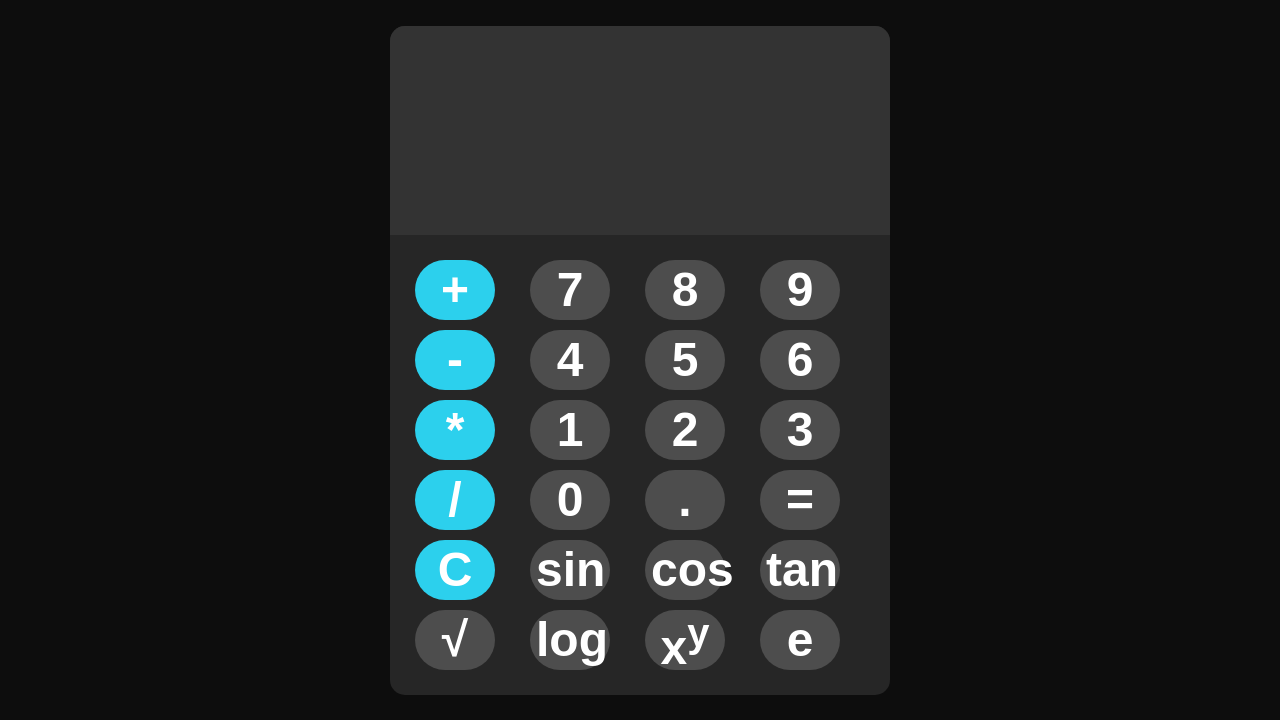
Repository: Haakim19/JavaScript
Page: Calculater/Main.html
These files come from the project's save history. The page is drawn as it stood at one moment and after the next save; the edit follows.
The browser window is 1280 px wide. The pictures show the whole page.

Above is the page before, as saved 2024-10-23 10:12:32.

### Calculater/Main.html
<!DOCTYPE html>
<html lang="en">
<head>
    <meta charset="UTF-8">
    <meta name="viewport" content="width=device-width, initial-scale=1.0">
    <title>Calculator</title>
    <link rel="stylesheet" href="Main.css">
</head>
<body>
    <div id="calculator">
        <div id="calculator-normal">
            <input id= "display1" readonly>
            <input id="display2" readonly>
            <div id="keys">
                <button onclick="appentToDisplay('+')" class="operator-btn">+</button>
                <button onclick="appentToDisplay('7')">7</button>
                <button onclick="appentToDisplay('8')">8</button>
                <button onclick="appentToDisplay('9')">9</button>
                <button onclick="appentToDisplay('-')" class="operator-btn">-</button>
                <button onclick="appentToDisplay('4')">4</button>
                <button onclick="appentToDisplay('5')">5</button>
                <button onclick="appentToDisplay('6')">6</button>
                <button onclick="appentToDisplay('*')" class="operator-btn">*</button>
                <button onclick="appentToDisplay('1')">1</button>
                <button onclick="appentToDisplay('2')">2</button>
                <button onclick="appentToDisplay('3')">3</button>
                <button onclick="appentToDisplay('/')" class="operator-btn">/</button>
                <button onclick="appentToDisplay('0')">0</button>
                <button onclick="appentToDisplay('.')" >.</button>
                <button onclick="calculate()" >=</button>
                <button onclick="clearDisplay()" class="operator-btn">C</button>
                <button onclick="appentToDisplay('Math.sin()')">sin</button>
                <button onclick="appentToDisplay('Math.cos()')">cos</button>
                <button onclick="appentToDisplay('Math.tan()')">tan</button>
                <button onclick="appentToDisplay('Math.sqrt()')">√</button>
                <button onclick="appentToDisplay('log')">log</button>
                <button onclick="appentToDisplay('sin')">x<sup>y</sup></button>
                <button onclick="appentToDisplay('e')">e</button>
            </div>
        </div>

    </div>
<script src="Main.js"></script>
</body>
</html>

### Calculater/Main.css
body{
    margin: 0;
    display: flex;
    justify-content: center;
    align-items: center;
    height: 100vh;
    background-color: hsl(0,0%, 5%);

}
#calculate{
    font-family:sans-serif;
}
#calculator-normal{
    background-color: hsl(0, 0%, 15%);
    border-radius: 15px;
    max-width: 500px;
    overflow: hidden;
}

#display1{
    width: 100%;
    padding: 20px;
    font-size: 2rem;
    border: none;
    text-align: left;
    padding-right: -15px;
    color: white;
    background-color: hsl(0, 0%, 20%);

}
#display2{
    width: 100%;
    padding: 20px;
    font-size: 5rem;
    border: none;
    text-align: left;
    padding-right: -15px;
    color: white;
    background-color: hsl(0, 0%, 20%);

}
#keys{
    display: grid;
    grid-template-columns: repeat(4, 1fr);
    gap: 10px;
    padding: 25px;
}
/* #keys-normal{
    width: 80px;
    height: 60px;
    color: white;
    border-radius: 50px;
    border: none;
    font-size: 3rem;
    background-color: hsl(0, 0%, 30%);
    font-weight: bold;
    cursor: pointer;
} */
button{
    width: 80px;
    height: 60px;
    color: white;
    border-radius: 50px;
    border: none;
    font-size: 3rem;
    background-color: hsl(0, 0%, 30%);
    font-weight: bold;
    cursor: pointer;
}

button:hover{
    background-color: hsl(0, 0%, 40%);
}

button:active{
    background-color: hsl(0, 0%, 50%);
}

.operator-btn{
    background-color: hsl(189, 84%, 55%);
}

.operator-btn:hover{
    background-color: hsl(189, 84%, 65%);
}

.operator-btn:active{
    background-color: hsl(189, 84%, 75%);
}

### Calculater/Main.js
const display1 = document.getElementById('display1');
const display2 = document.getElementById('display2');

function appentToDisplay(input){
    display2.value += input;
}
function clearDisplay(){
    display1.value = '';
    display2.value = '';
}
function calculate(){
    try{
        display1.value = eval(display2.value);}
    catch{
        display2.value = 'Error';
    }

}

After the next save:
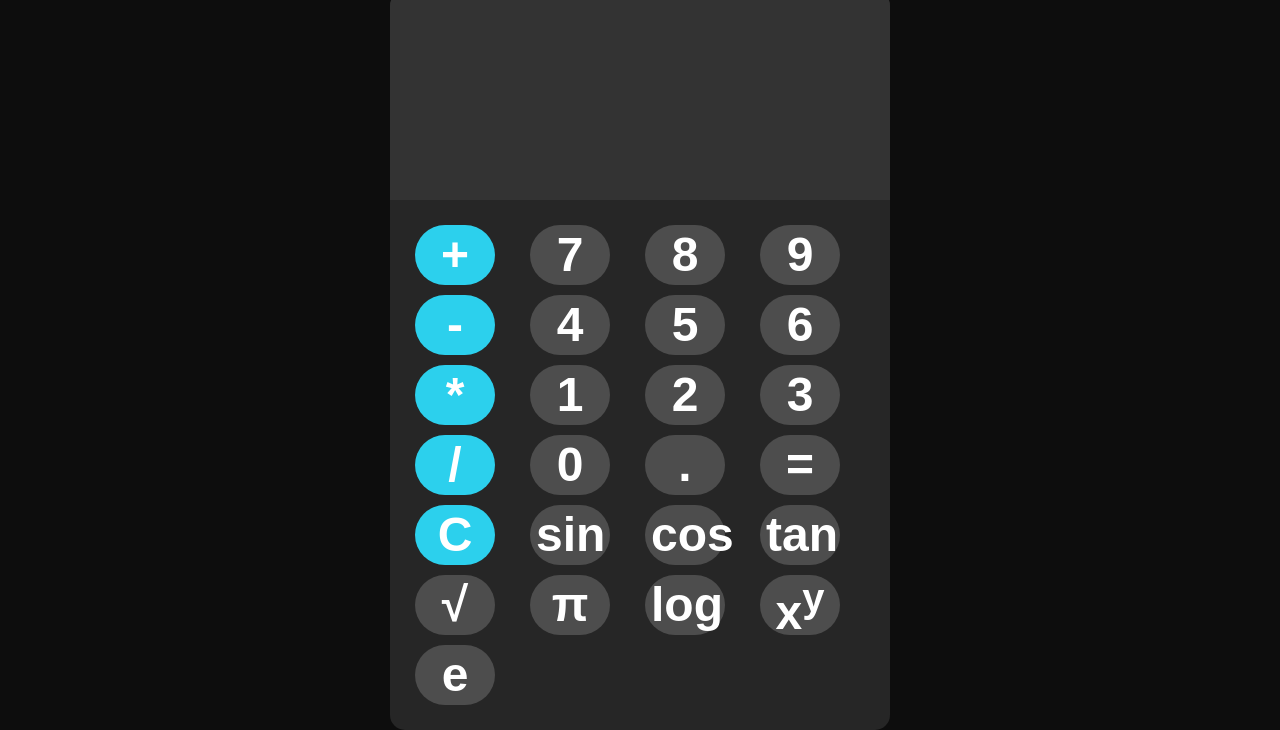
Saved 14 s later.
--- a/Calculater/Main.html
+++ b/Calculater/Main.html
@@ -33,6 +33,7 @@
                 <button onclick="appentToDisplay('Math.cos()')">cos</button>
                 <button onclick="appentToDisplay('Math.tan()')">tan</button>
                 <button onclick="appentToDisplay('Math.sqrt()')">√</button>
+                <button onclick="appendToDisplay('Math.PI')">π</button>
                 <button onclick="appentToDisplay('log')">log</button>
                 <button onclick="appentToDisplay('sin')">x<sup>y</sup></button>
                 <button onclick="appentToDisplay('e')">e</button>

After the save that followed:
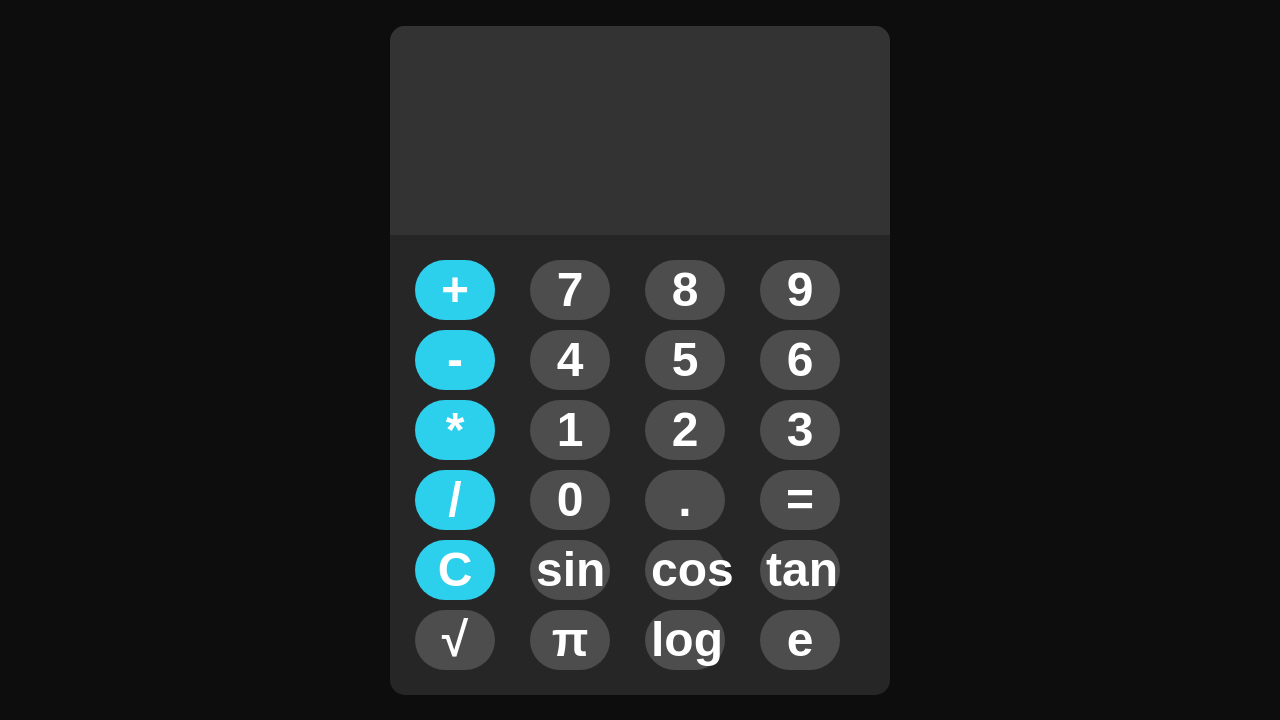
Saved 93 s later.
--- a/Calculater/Main.html
+++ b/Calculater/Main.html
@@ -33,9 +33,8 @@
                 <button onclick="appentToDisplay('Math.cos()')">cos</button>
                 <button onclick="appentToDisplay('Math.tan()')">tan</button>
                 <button onclick="appentToDisplay('Math.sqrt()')">√</button>
-                <button onclick="appendToDisplay('Math.PI')">π</button>
-                <button onclick="appentToDisplay('log')">log</button>
-                <button onclick="appentToDisplay('sin')">x<sup>y</sup></button>
+                <button onclick="appendToDisplay('Math.PI()')">π</button>
+                <button onclick="appentToDisplay('Math.log()')">log</button>
                 <button onclick="appentToDisplay('e')">e</button>
             </div>
         </div>
